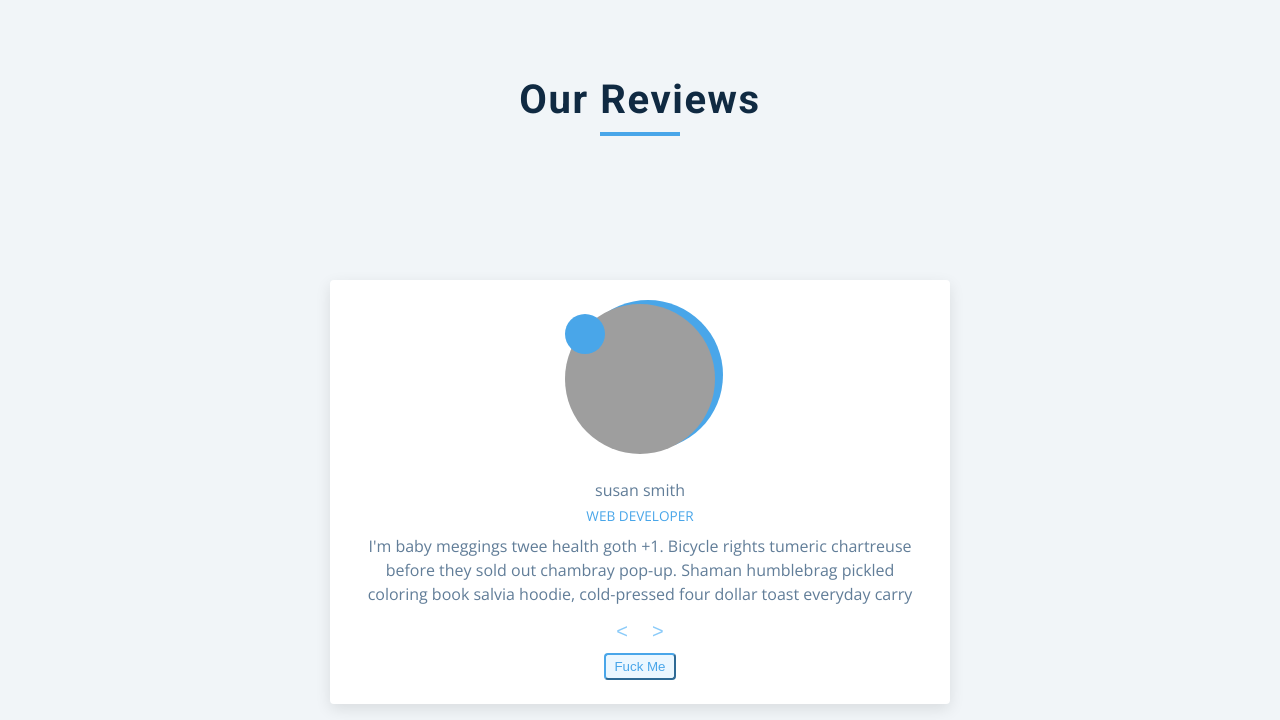
Repository: hseunghwan/practice-vanilla-javascript
Page: Carousel/Carousel.html
These files come from the project's save history. The page is drawn as it stood at one moment and after the next save; the edit follows.
The browser window is 1280 px wide. The pictures show the whole page.
Pictures or frames that could not be fetched are drawn as grey boxes.

Above is the page before, as saved 2023-05-10 21:09:01.

### Carousel/Carousel.html
<!DOCTYPE html>
<html>
    <head>
        <title>Carousel</title>
        <link rel="stylesheet" href="Carousel.css" />
    </head>
    <body>
        <div class="section">
            <div class="title">
                <h2>Our Reviews</h2>
                <div class="underline"></div>
            </div>
        </div>
        <div class="container section-center">
            <div class="main">
                <div class="review">
                    <div class="img-container">
                        <img src="person-1.jpeg" alt="" id="person-img" />
                    </div>
                    <p id="author">nes</p>
                    <p id="job">SEXMASTER</p>
                    <p id="info">XMASTERSEXMASTERSEXMASTER</p>
                    <div>
                        <button class="btn prev-btn"><</button>
                        <button class="btn next-btn">></button>
                    </div>
                    <button class="btn random-btn">fuck me</button>
                </div>
            </div>
        </div>
        <script src="app.js"></script>
    </body>
</html>

### Carousel/Carousel.css
/*
===============
Fonts
===============
*/
@import url("https://fonts.googleapis.com/css?family=Open+Sans|Roboto:400,700&display=swap");

/*
===============
Variables
===============
*/

:root {
    /* dark shades of primary color*/
    --clr-primary-1: hsl(205, 86%, 17%);
    --clr-primary-2: hsl(205, 77%, 27%);
    --clr-primary-3: hsl(205, 72%, 37%);
    --clr-primary-4: hsl(205, 63%, 48%);
    /* primary/main color */
    --clr-primary-5: hsl(205, 78%, 60%);
    /* lighter shades of primary color */
    --clr-primary-6: hsl(205, 89%, 70%);
    --clr-primary-7: hsl(205, 90%, 76%);
    --clr-primary-8: hsl(205, 86%, 81%);
    --clr-primary-9: hsl(205, 90%, 88%);
    --clr-primary-10: hsl(205, 100%, 96%);
    /* darkest grey - used for headings */
    --clr-grey-1: hsl(209, 61%, 16%);
    --clr-grey-2: hsl(211, 39%, 23%);
    --clr-grey-3: hsl(209, 34%, 30%);
    --clr-grey-4: hsl(209, 28%, 39%);
    /* grey used for paragraphs */
    --clr-grey-5: hsl(210, 22%, 49%);
    --clr-grey-6: hsl(209, 23%, 60%);
    --clr-grey-7: hsl(211, 27%, 70%);
    --clr-grey-8: hsl(210, 31%, 80%);
    --clr-grey-9: hsl(212, 33%, 89%);
    --clr-grey-10: hsl(210, 36%, 96%);
    --clr-white: #fff;
    --clr-red-dark: hsl(360, 67%, 44%);
    --clr-red-light: hsl(360, 71%, 66%);
    --clr-green-dark: hsl(125, 67%, 44%);
    --clr-green-light: hsl(125, 71%, 66%);
    --clr-black: #222;
    --ff-primary: "Roboto", sans-serif;
    --ff-secondary: "Open Sans", sans-serif;
    --transition: all 0.3s linear;
    --spacing: 0.1rem;
    --radius: 0.25rem;
    --light-shadow: 0 5px 15px rgba(0, 0, 0, 0.1);
    --dark-shadow: 0 5px 15px rgba(0, 0, 0, 0.2);
    --max-width: 1170px;
    --fixed-width: 620px;
}
/*
===============
Global Styles
===============
*/

*,
::after,
::before {
    margin: 0;
    padding: 0;
    box-sizing: border-box;
}
body {
    font-family: var(--ff-secondary);
    background: var(--clr-grey-10);
    color: var(--clr-grey-1);
    line-height: 1.5;
    font-size: 0.875rem;
}
ul {
    list-style-type: none;
}
a {
    text-decoration: none;
}
h1,
h2,
h3,
h4 {
    letter-spacing: var(--spacing);
    text-transform: capitalize;
    line-height: 1.25;
    margin-bottom: 0.75rem;
    font-family: var(--ff-primary);
}
h1 {
    font-size: 3rem;
}
h2 {
    font-size: 2rem;
}
h3 {
    font-size: 1.25rem;
}
h4 {
    font-size: 0.875rem;
}
p {
    margin-bottom: 1.25rem;
    color: var(--clr-grey-5);
}
@media screen and (min-width: 800px) {
    h1 {
        font-size: 4rem;
    }
    h2 {
        font-size: 2.5rem;
    }
    h3 {
        font-size: 1.75rem;
    }
    h4 {
        font-size: 1rem;
    }
    body {
        font-size: 1rem;
    }
    h1,
    h2,
    h3,
    h4 {
        line-height: 1;
    }
}
/*  global classes */

/* section */
.section {
    padding: 5rem 0;
}

.section-center {
    width: 90vw;
    margin: 0 auto;
    max-width: 1170px;
}
@media screen and (min-width: 992px) {
    .section-center {
        width: 95vw;
    }
}
main {
    min-height: 100vh;
    display: grid;
    place-items: center;
}

/*
===============
Reviews
===============
*/
main {
    min-height: 100vh;
    display: grid;
    place-items: center;
}
.title {
    text-align: center;
    margin-bottom: 4rem;
}
.underline {
    height: 0.25rem;
    width: 5rem;
    background: var(--clr-primary-5);
    margin-left: auto;
    margin-right: auto;
}
.container {
    width: 80vw;
    max-width: var(--fixed-width);
}
.review {
    background: var(--clr-white);
    padding: 1.5rem 2rem;
    border-radius: var(--radius);
    box-shadow: var(--light-shadow);
    transition: var(--transition);
    text-align: center;
}
.review:hover {
    box-shadow: var(--dark-shadow);
}
.img-container {
    position: relative;
    width: 150px;
    height: 150px;
    border-radius: 50%;
    margin: 0 auto;
    margin-bottom: 1.5rem;
}
#person-img {
    width: 100%;
    display: block;
    height: 100%;
    object-fit: cover;
    border-radius: 50%;
    position: relative;
}
.img-container::after {
    font-family: "Font Awesome 5 Free";
    font-weight: 900;
    content: "\f10e";
    position: absolute;
    top: 0;
    left: 0;
    width: 2.5rem;
    height: 2.5rem;
    display: grid;
    place-items: center;
    border-radius: 50%;
    transform: translateY(25%);
    background: var(--clr-primary-5);
    color: var(--clr-white);
}
.img-container::before {
    content: "";
    width: 100%;
    height: 100%;
    background: var(--clr-primary-5);
    position: absolute;
    top: -0.25rem;
    right: -0.5rem;
    border-radius: 50%;
}
#author {
    margin-bottom: 0.25rem;
}
#job {
    margin-bottom: 0.5rem;
    text-transform: uppercase;
    color: var(--clr-primary-5);
    font-size: 0.85rem;
}
#info {
    margin-bottom: 0.75rem;
}
.prev-btn,
.next-btn {
    color: var(--clr-primary-7);
    font-size: 1.25rem;
    background: transparent;
    border-color: transparent;
    margin: 0 0.5rem;
    transition: var(--transition);
    cursor: pointer;
}
.prev-btn:hover,
.next-btn:hover {
    color: var(--clr-primary-5);
}
.random-btn {
    margin-top: 0.5rem;
    background: var(--clr-primary-10);
    color: var(--clr-primary-5);
    padding: 0.25rem 0.5rem;
    text-transform: capitalize;
    border-radius: var(--radius);
    transition: var(--transition);
    border-color: var(--clr-primary-5);
    cursor: pointer;
}
.random-btn:hover {
    background: var(--clr-primary-5);
    color: var(--clr-primary-1);
}

### Carousel/app.js
const reviews = [
    {
        id: 1,
        name: "susan smith",
        job: "web developer",
        img: "https://images2.imgbox.com/e0/57/qI5bbwvg_o.jpeg",
        text: "I'm baby meggings twee health goth +1. Bicycle rights tumeric chartreuse before they sold out chambray pop-up. Shaman humblebrag pickled coloring book salvia hoodie, cold-pressed four dollar toast everyday carry",
    },
    {
        id: 2,
        name: "anna johnson",
        job: "web designer",
        img: "https://images2.imgbox.com/2e/6e/JAMvTZ56_o.jpeg",
        text: "Helvetica artisan kinfolk thundercats lumbersexual blue bottle. Disrupt glossier gastropub deep v vice franzen hell of brooklyn twee enamel pin fashion axe.photo booth jean shorts artisan narwhal.",
    },
    {
        id: 3,
        name: "peter jones",
        job: "intern",
        img: "https://images2.imgbox.com/56/88/oJvFN3l5_o.jpeg",
        text: "Sriracha literally flexitarian irony, vape marfa unicorn. Glossier tattooed 8-bit, fixie waistcoat offal activated charcoal slow-carb marfa hell of pabst raclette post-ironic jianbing swag.",
    },
    {
        id: 4,
        name: "bill anderson",
        job: "the boss",
        img: "https://images2.imgbox.com/8b/1c/vwWNTsCd_o.jpeg",
        text: "Edison bulb put a bird on it humblebrag, marfa pok pok heirloom fashion axe cray stumptown venmo actually seitan. VHS farm-to-table schlitz, edison bulb pop-up 3 wolf moon tote bag street art shabby chic. ",
    },
];

const img = document.getElementById("person-img");
const author = document.getElementById("author");
const job = document.getElementById("job");
const info = document.getElementById("info");

const btns = document.querySelectorAll(".btn");

let currentItem = 0;
window.addEventListener("DOMContentLoaded", () => {
    const item = reviews[currentItem];
    img.src = item.img;
    author.textContent = item.name;
    job.textContent = item.job;
    info.textContent = item.text;
});

After the next save:
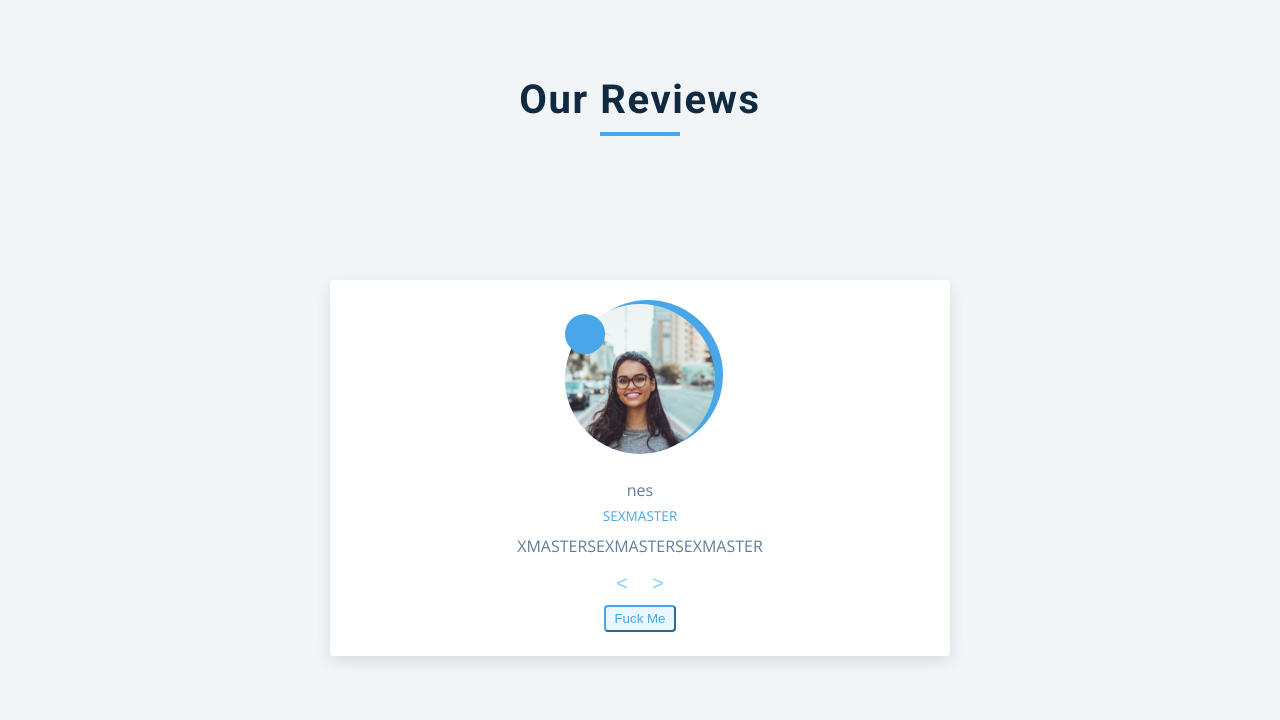
Saved 88 s later.
--- a/Carousel/app.js
+++ b/Carousel/app.js
@@ -37,10 +37,12 @@
 const btns = document.querySelectorAll(".btn");
 
 let currentItem = 0;
-window.addEventListener("DOMContentLoaded", () => {
+window.addEventListener("DOMContentLoaded", () => {});
+
+const setContents = () => {
     const item = reviews[currentItem];
     img.src = item.img;
     author.textContent = item.name;
     job.textContent = item.job;
     info.textContent = item.text;
-});
+};

After the save that followed:
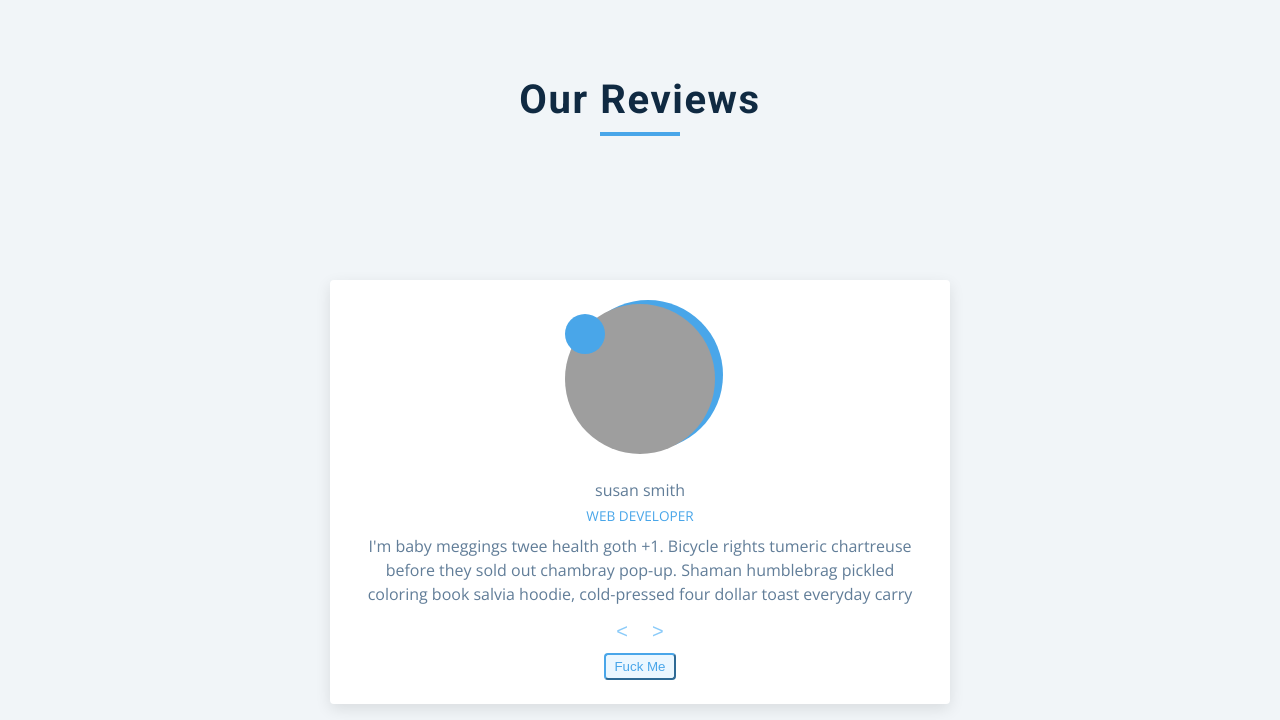
Saved 33 s later.
--- a/Carousel/app.js
+++ b/Carousel/app.js
@@ -37,10 +37,12 @@
 const btns = document.querySelectorAll(".btn");
 
 let currentItem = 0;
-window.addEventListener("DOMContentLoaded", () => {});
+window.addEventListener("DOMContentLoaded", () => {
+    setContents(currentItem);
+});
 
-const setContents = () => {
-    const item = reviews[currentItem];
+const setContents = (person) => {
+    const item = reviews[person];
     img.src = item.img;
     author.textContent = item.name;
     job.textContent = item.job;
